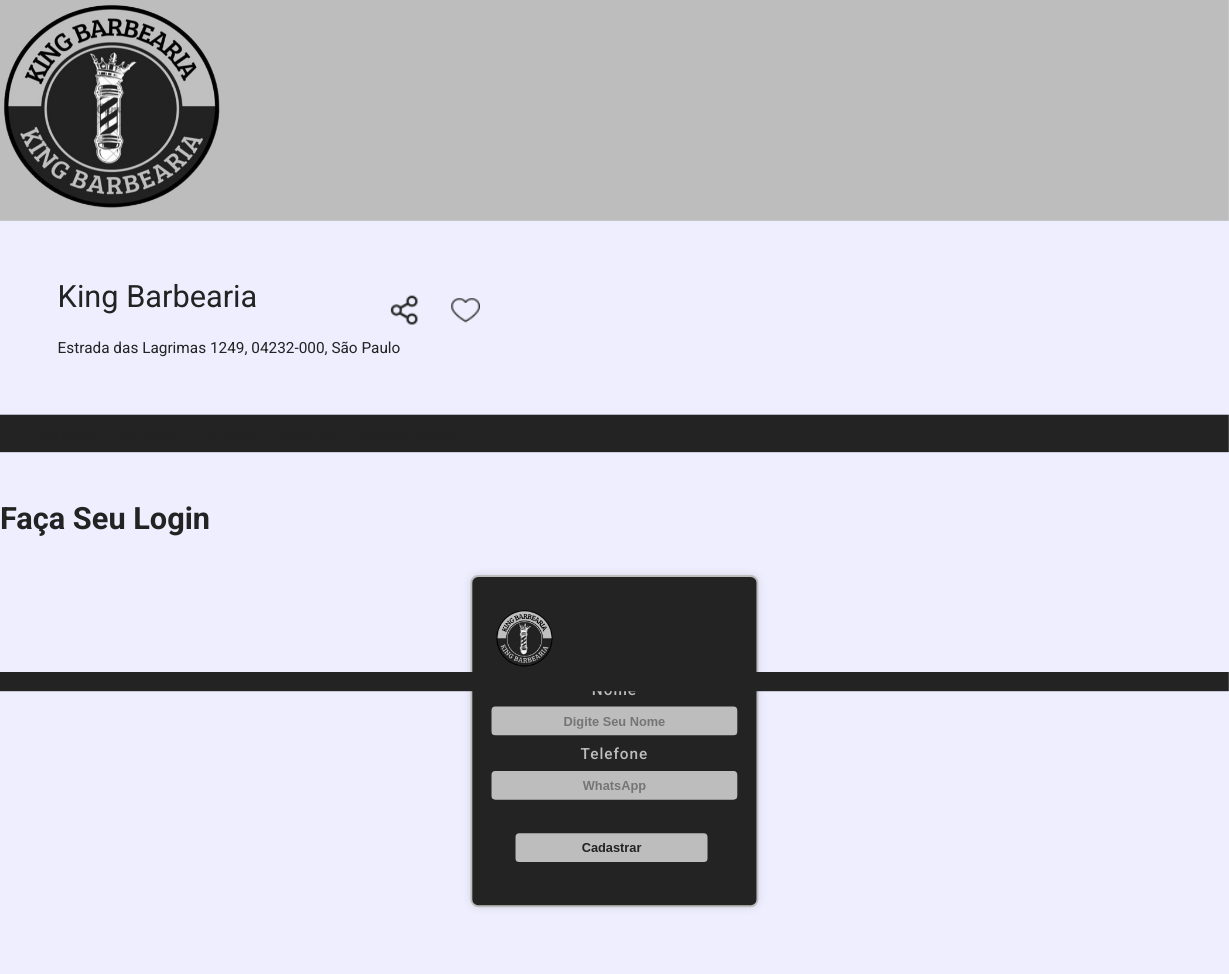
Repository: king-barbearia/king-barbearia-agendamento
Page: login.html
The author's editor kept a copy of each file at every save. The page is drawn from the files as they stood at one save, then again after a run of saves.
The browser window is 1280 px wide. The pictures show the whole page, at 96% of full size.

Above is the page before, as saved 2024-07-17 15:03:05.
Console error: TypeError: Cannot read properties of null (reading 'addEventListener')

### login.html
<!DOCTYPE html>
<html lang="pt-br">
  <head>
    <meta charset="UTF-8" />
    <meta name="viewport" content="width=device-width, initial-scale=1.0" />
    <link rel="stylesheet" href="./style.css" />
    <link rel="preconnect" href="https://fonts.googleapis.com" />
    <link rel="preconnect" href="https://fonts.gstatic.com" crossorigin />
    <link
      href="https://fonts.googleapis.com/css2?family=Roboto:ital,wght@0,100;0,300;0,400;0,500;0,700;0,900;1,100;1,300;1,400;1,500;1,700&display=swap"
      rel="stylesheet"
    />
    <style>
      .file-input-container {
        position: relative;
        display: inline-block;
      }

      .file-input {
        position: absolute;
        top: 0;
        left: 0;
        width: 100%;
        height: 100%;
        opacity: 0;
        cursor: pointer;
      }

      .custom-file-button {
        font-size: 10px;
      }
      h1 {
        color: #232323;
      }
      #login-form {
        margin-top: 50px;
      }
    </style>
    <title>Login De Usuarios</title>
  </head>
  <body>
    <header>
      <img
        class="header-image"
        src="./images/kinkbarbearia-removebg-preview.png"
        alt=""
      />
    </header>
    <div id="name">
      <h1>King Barbearia</h1>
      <div id="midiasocial">
        <img
          class="icon"
          id="compartilhar"
          src="./images/compartilhar.png"
          alt="compartilhar"
        />
        <img class="icon" id="curtir" src="./images/coracao.png" alt="curtir" />
      </div>
      <p>Estrada das Lagrimas 1249, 04232-000, São Paulo</p>
      <div class="menu">
        <nav>
          <div class="menu-toggle" id="mobile-menu">
            <span class="bar"></span>
            <span class="bar"></span>
            <span class="bar"></span>
          </div>
          <ul class="nav-list">
            <li>
              <a
                href="#"
                onclick="toggleSection(event, 'services')"
                style="color: #232323"
                >Serviços</a
              >
            </li>
            <li>
              <a
                href="#"
                onclick="toggleSection(event, 'evaluation')"
                style="color: #232323"
                >Avaliação</a
              >
            </li>
            <li>
              <a
                href="#"
                id="portfolio-link"
                onclick="toggleSection(event, 'portfolio')"
                style="color: #232323"
                >Portfolio</a
              >
            </li>
            <li>
              <a
                href="#"
                id="detalhes-link"
                onclick="toggleSection(event, 'detalhes')"
                style="color: #232323"
                >Detalhes</a
              >
            </li>
            <li>
              <a
                href="#"
                id="agenda-link"
                onclick="toggleSection(event, 'agenda')"
                style="color: #232323"
                >Agendamentos</a
              >
            </li>
          </ul>
        </nav>
      </div>
    </div>
    <div id="login-form">
      <h1>Faça Seu Login</h1>
      <div class="cadastro">
        <img
          id="foto-preview"
          src="./images/kinkbarbearia-removebg-preview.png"
          alt="Imagem de Pré-visualização"
        />
        <div class="file-input-container">
          <!-- <button
            class="custom-file-button"
            style="
              width: 75px;
              height: 17px;
              position: absolute;
              margin: -98px -133px;
              color: #bdbdbd;
              background-color: #232323;
            "
          >
            Adicionar Foto
          </button>
          <input
            type="file"
            id="file-input"
            class="file-input"
            accept="image/*"
          /> -->
        </div>
        <span>Nome</span>
        <input
          type="text"
          id="name-input"
          class="nome"
          placeholder="Digite Seu Nome"
        />
        <span>Telefone</span>
        <input
          type="text"
          id="phone-input"
          class="whatsapp"
          placeholder="WhatsApp"
        />
        <button type="button" class="consultar-cds" onclick="registerUser()">
          Cadastrar
        </button>
      </div>
    </div>
    <footer></footer>
    <script>
      document.getElementById("curtir").addEventListener("click", function () {
        if (this.src.includes("coracao.png")) {
          this.src = "./images/coracaopreenchido.png";
        } else {
          this.src = "./images/coracao.png";
        }
      });

      // Função para formatar o número de telefone
      function formatPhoneNumber(event) {
        let input = event.target.value.replace(/\D/g, "");
        if (input.length > 11) input = input.substring(0, 11);

        let formattedNumber = "";
        if (input.length > 0) formattedNumber += "(" + input.substring(0, 2);
        if (input.length > 2) formattedNumber += ") " + input.substring(2, 7);
        if (input.length > 7) formattedNumber += "-" + input.substring(7, 11);

        event.target.value = formattedNumber;
      }

      document
        .querySelector(".whatsapp")
        .addEventListener("input", formatPhoneNumber);

      // Função para pré-visualizar a imagem selecionada
      document
        .getElementById("file-input")
        .addEventListener("change", function (event) {
          const file = event.target.files[0];
          if (file) {
            const reader = new FileReader();
            reader.onload = function (e) {
              document.getElementById("foto-preview").src = e.target.result;
            };
            reader.readAsDataURL(file);
          }
        });

      // Ativar o input file quando o botão estilizado é clicado
      document
        .querySelector(".custom-file-button")
        .addEventListener("click", function () {
          document.getElementById("file-input").click();
        });
    </script>
  </body>
</html>

### style.css
:root {
  --main-font: "Roboto", sans-serif;
  --cor--cinza: #bdbdbd;
  --cor--cinza-escuro: #232323;
}

* {
  margin: 0;
  padding: 0;
  box-sizing: border-box;
}

body {
  margin: 0;
  padding: 0;
  width: 100%;
  min-height: 100vh;
  font-family: var(--main-font);
  background-color: rgb(238, 238, 255);
  overflow-x: hidden;
}

header {
  background-color: var(--cor--cinza);
  width: 100%;
  height: 32vh;
  box-sizing: border-box;
  position: relative;
}

.header-image {
  width: 18%;
  height: 30vh;
  position: absolute;
  margin-top: 3px;
  background-size: cover;
  background-position: center;
  background-repeat: no-repeat;
  background-color: var(--cor--cinza);
}

#name h1 {
  margin: 60px;
  font-weight: 400;
}

#name p {
  margin: 60px;
  color: var(--cor--cinza-escuro);
  margin-top: -35px;
}

#midiasocial {
  float: right;
  position: relative;
  margin-right: 750px;
  margin-top: -80px;
}

#midiasocial img {
  width: 30px;
  margin-right: 30px;
}

.menu {
  background-color: var(--cor--cinza-escuro);
  padding: 10px 0;
}

nav {
  display: flex;
  justify-content: space-between;
  align-items: center;
  padding: 0 20px;
}

.nav-list {
  list-style: none;
  display: flex;
  margin-right: auto;
  position: relative;
}

.nav-list li {
  margin-left: 20px;
  position: relative;
}

.nav-list li a {
  text-decoration: none;
  color: white;
  font-weight: 300;
  transition: color 0.3s;
  padding-bottom: 5px;
}

.nav-list li a:hover,
.nav-list li a.active {
  color: #f4f4f4;
}

.nav-list li a.active::after {
  content: "";
  display: block;
  width: 100%;
  height: 2px;
  background-color: #f4f4f4;
  position: absolute;
  bottom: 0;
  left: 0;
}

/* .boxpesquisa {
          background-color: #bdbdbd65;
          width: 320px;
          height: 30px;
          position: fixed;
          margin-top: 90px;
          margin-left: 16px;
          border-radius: 8px;
          background-image: url("./images/lupa.png");
          background-size: 20px 20px;
          background-repeat: no-repeat;
          background-position: 10px;
          text-align: center;
        } */

#services {
  margin: 70px 38px;
}

#services h2 {
  margin-top: 25px;
  font-size: 15px;
}

#services span {
  font-size: 15px;
}

#agendar {
  margin: -35px 220px;
}

#agendar button {
  margin: 0px -20px;
  position: absolute;
  width: 75px;
  height: 30px;
  border-radius: 8px;
  background-color: var(--cor--cinza);
  font-weight: 900;
  color: var(--cor--cinza-escuro);
}

#valor {
  text-align: right;
}

#tempo {
  margin: 17px 36px;
  font-size: 12px;
}

.submenu {
  display: none;
  list-style-type: none;
  padding-left: 20px;
}

.submenu li {
  margin-bottom: 5px;
}

.nav-item.active {
  font-weight: bold;
}

#corte {
  padding-bottom: 40px;
}

#barba {
  padding-bottom: 30px;
}

#pezinho {
  padding-bottom: 30px;
}

#cortebarba {
  padding-bottom: 30px;
}

#cortesobrancelha {
  padding-bottom: 30px;
}

.image-container {
  display: flex;
  flex-direction: column;
  align-items: center;
  justify-content: center;
}

.image-container div {
  margin-bottom: 25px;
}

#portfolio {
  text-align: center;
  margin-top: 25px;
  line-height: 5;
}

#foto1 img,
#foto2 img,
#foto3 img,
#foto4 img,
#foto5 img,
#foto6 img {
  width: 700px;
  height: 500px;
  border-radius: 8px;
}

/* animação do icone curtir */
.icon {
  cursor: pointer;
}

.icon.active {
  filter: invert(39%) sepia(98%) saturate(3567%) hue-rotate(323deg)
    brightness(102%) contrast(101%);
}

#evaluation {
  h1 {
    margin-left: 80px;
    margin-top: 25px;
    font-size: 45px;
  }
  .estrela {
    width: 20px;
  }
  span {
    margin-left: 61px;
  }
}

#avaliacao {
  margin-left: 53px;
}

#nota {
  display: grid;
  margin-left: 180px;
  margin-top: -95px;
}

.estrelanota {
  width: 15px;
  position: absolute;
  margin: 2px 5px;
}

.status-bar {
  width: 250px;
  background-color: #f3f3f3;
  border: 1px solid #ccc;
  position: relative;
  height: 10px;
  margin-top: 9.5px;
  border-radius: 10px;
}

.status-star {
  margin-top: -99px;
  margin-left: 95px;
}

.status-bar-fill {
  height: 100%;
  background-color: #f54905;
  width: 0;
  transition: width 0.5s;
}

#detalhes {
  margin-bottom: 35px;
}

#map {
  height: 300px; /* Altura do mapa */
  width: 100%; /* Largura do mapa */
  z-index: 0;
}

#navigate-button {
  margin-top: -150px;
  margin-left: 540px;
  height: 10vh;
  padding: 10px 20px;
  background-color: rgba(255, 255, 255, 0.932);
  color: var(--cor--cinza-escuro);
  border: none;
  cursor: pointer;
  font-size: 16px;
  position: absolute;
  z-index: 1;
  width: 400px;
  border-radius: 10px;
  h1 {
    font-size: 15px;
    margin-left: -152px;
    margin-top: -53px;
  }

  span {
    font-size: 11px;
    margin-left: -6px;
  }
}

#iconnavegar {
  position: absolute;
  margin-left: 33px;
  margin-top: -9px;
}

#logobt {
  width: 60px;
  margin-left: -345px;
  margin-top: -17px;
}

.vertical-line {
  width: 1px;
  height: 50px;
  background-color: var(--cor--cinza-escuro);
  margin: -40px 320px;
  position: absolute;
}

.horizontal-line {
  border: none;
  height: 1px;
  background-color: var(--cor--cinza);
  width: 70%;
  margin: 15px auto; /* Centraliza a linha horizontal */
}

#horarios {
  h1 {
    text-align: center;
    font-size: 20px;
    margin-top: 20px;
    color: var(--cor--cinza-escuro);
  }
  a {
    text-decoration: none;
    color: var(--cor--cinza-escuro);
  }
}

#whatsapp {
  position: absolute;
  margin: -1px 20px;
}

.funcionamento {
  margin-left: 200px;
  line-height: 2;
}

#horas {
  margin: -30px 290px;
  position: absolute;
}

footer {
  position: fixed;
  bottom: 0;
  left: 0;
  width: 100%;
  background-color: var(--cor--cinza-escuro);
  text-align: center;
  padding: 10px 0;
  margin-top: 50px;
  z-index: 3;
}

#scheduleModal {
  margin: 40px 220px;
  h2 {
    color: var(--cor--cinza-escuro);
  }
}

span.close {
  color: var(--cor--cinza-escuro);
  margin: -40px;
  font-size: 35px;
  cursor: pointer;
}

#scheduleForm {
  display: grid;
  width: 250px;
  text-align: center;
  input {
    border-radius: 4px;
    text-align: center;
    margin-bottom: 14px;
    height: 30px;
    font-weight: 600;
    border: 2px solid var(--cor--cinza-escuro); /* Define a cor da borda */
    background-color: var(--cor--cinza);
    color: var(--cor--cinza-escuro);
  }
  placeholder {
    color: var(--cor--cinza-escuro);
  }
  select {
    border-radius: 4px;
    text-align: center;
    height: 30px;
    background-color: var(--cor--cinza);
    color: var(--cor--cinza-escuro);
    font-weight: 600;
    border: 2px solid var(--cor--cinza-escuro); /* Define a cor da borda */
    margin-bottom: 8px;
  }
  button {
    height: 30px;
    border-radius: 4px;
    background-color: var(--cor--cinza-escuro);
    color: var(--cor--cinza);
    font-weight: 600;
    border: 2px solid var(--cor--cinza); /* Define a cor da borda */
    transition: background-color 0.3s ease; /* Adiciona transição suave */
    cursor: pointer;
  }
}

.cadastro {
  font-weight: 600;
  color: var(--cor--cinza);
  display: grid;
  text-align: center;
  margin-bottom: 100px;
  border: 2px solid var(--cor--cinza); /* Borda preta com 2px de espessura */
  padding: 20px; /* Espaço interno da div */
  border-radius: 8px; /* Bordas arredondadas */
  width: 300px; /* Largura do formulário */
  margin: 40px auto 70px; /* Centralizar a div */
  box-shadow: 0 0 10px rgba(0, 0, 0, 0.1); /* Sombra para um efeito 3D */
  background-color: var(--cor--cinza-escuro);
  padding: 20px; /* Espaço interno da div */
  span {
    font-weight: 500;
    margin-top: 0px;
    margin-bottom: 8px;
    letter-spacing: 1px;
  }
  input {
    text-align: center;
    background-color: var(--cor--cinza);
    border: 2px solid var(--cor--cinza); /* Define a cor da borda */
    margin-bottom: 10px;
    height: 30px;
    border-radius: 4px;
    font-weight: 600;
    color: var(--cor--cinza-escuro);
    placeholder {
      color: var(--cor--cinza-escuro);
    }
  }
  button {
    background-color: var(--cor--cinza);
    border-radius: 4px;
    color: var(--cor--cinza-escuro);
    border: 2px solid var(--cor--cinza);
    height: 30px;
    cursor: pointer;
    transition: background-color 0.3s ease;
    margin-top: 24px;
    width: 200px;
    margin: 25px;
    font-weight: 600;
  }
  img {
    width: 60px;
    height: 60px;
    border-radius: 50%;
    margin-bottom: 25px;
    margin: 14px 4px;
  }
}

button:active {
  background-color: var(--cor--cinza-escuro); /* Cor de fundo ao ser clicado */
}

.booking {
  border: 1px solid #ccc;
  padding: 10px;
  margin-bottom: 10px;
}

After the next 2 saves:
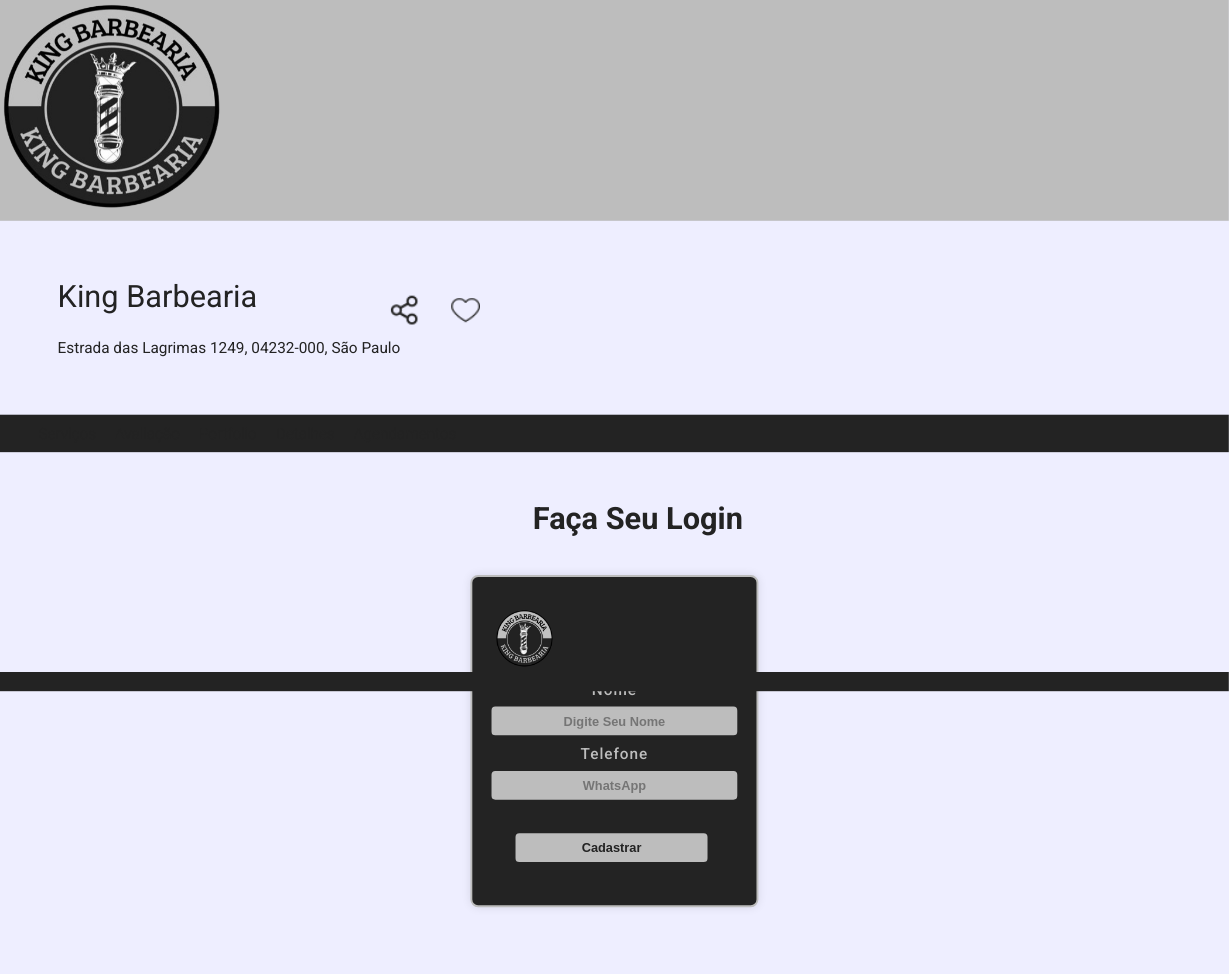
The 2 saves are shown as one change because they came seconds apart.
The last was saved 48 s later.
--- a/login.html
+++ b/login.html
@@ -31,6 +31,7 @@
       }
       h1 {
         color: #232323;
+        margin-left: 555px;
       }
       #login-form {
         margin-top: 50px;
